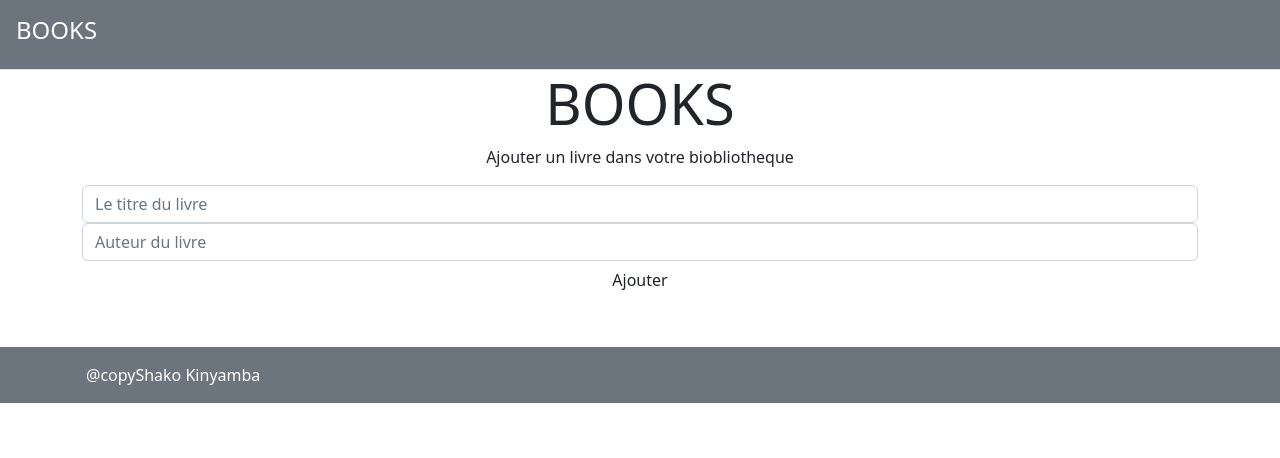
Repository: SKB-TECH/Books
Page: /
These files come from the project's save history. The page is drawn as it stood at one moment and after a run of saves; the edit follows.
The browser window is 1280 px wide. The pictures show the whole page.
The project was rebuilt for these pictures with package versions that can differ from the ones it lists, and the page was loaded fresh each time. Also part of the build but not shown: vite.config.js.

Above is the page before, as saved 2022-11-09 15:48:06.

After the next 2 saves:
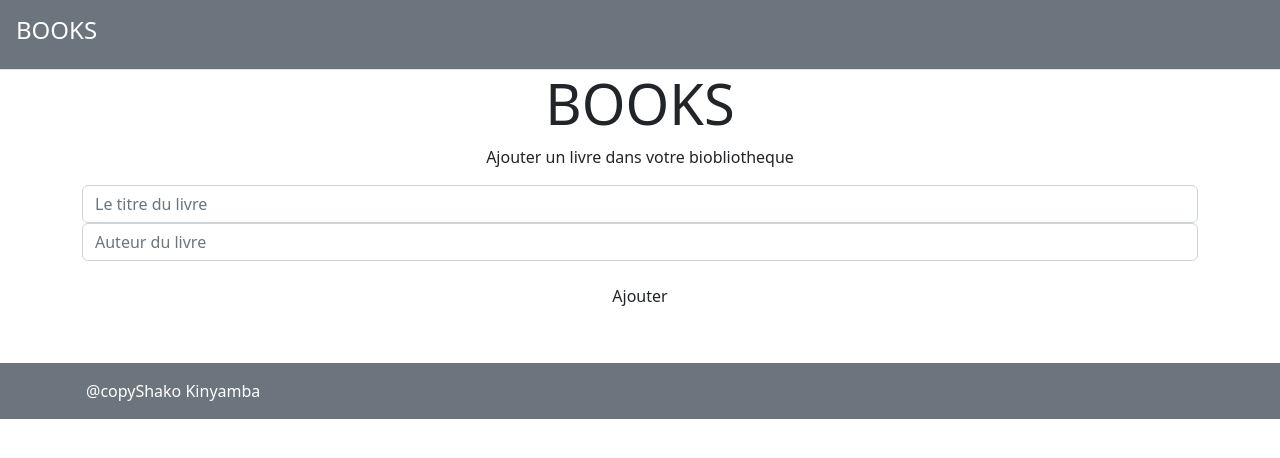
The 2 saves are shown as one change because they came seconds apart.
The last was saved 77 s later.
--- a/src/Containers/AddBooks.jsx
+++ b/src/Containers/AddBooks.jsx
@@ -28,7 +28,7 @@ const AddBooks = () => {
                             />
                         </div>
                         <div className="form-group">
-                            <button className="btn btn outline-secondary ml-3">
+                            <button className="btn btn outline-secondary mt-3">
                                 Ajouter
                             </button>
                         </div>
